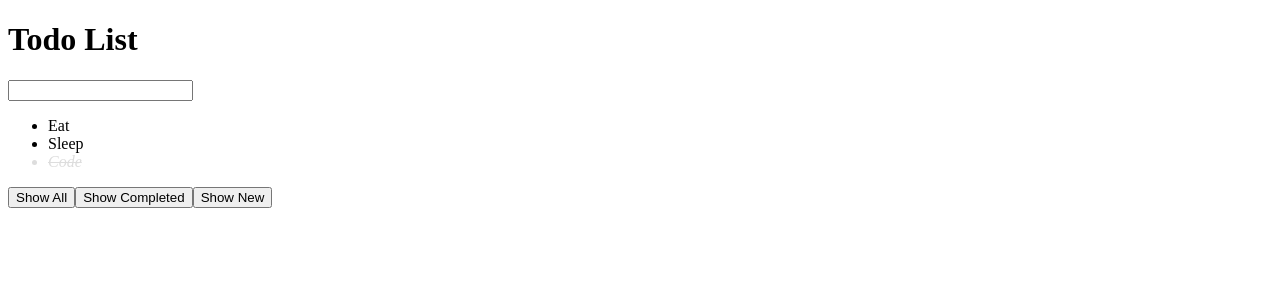
Repository: haiphamdev/shopping-cart
Page: /todos
The author's editor kept a copy of each file at every save. The page is drawn from the files as they stood at one save, then again after a run of saves.
The browser window is 1280 px wide. The pictures show the whole page.
The project was rebuilt for these pictures with package versions that can differ from the ones it lists, and the page was loaded fresh each time. Also part of the build but not shown: vite.config.js, src/index.css.

Above is the page before, as saved 2025-02-23 23:39:32.

After the next 2 saves:
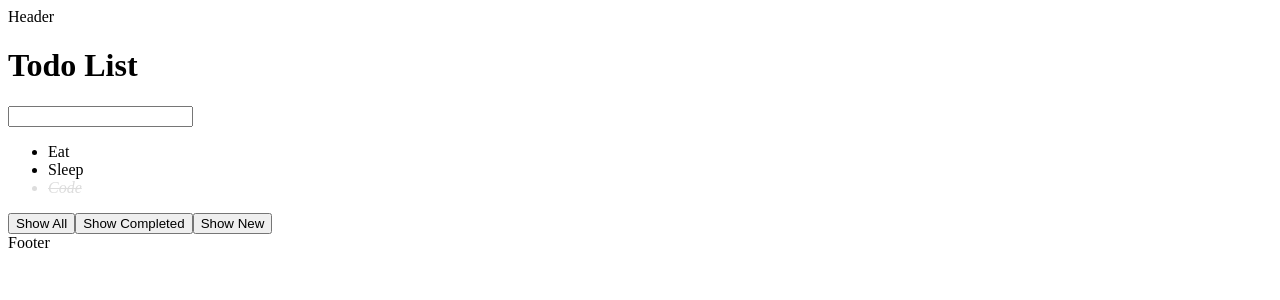
The 2 saves are shown as one change because they came seconds apart.
The last was saved 2 min 10 s later.
--- a/src/App.jsx
+++ b/src/App.jsx
@@ -4,8 +4,10 @@
 function App() {
   return (
     <>
+      Header
       <TodoFeature />
       {/* <AlbumFeature /> */}
+      Footer
     </>
   );
 }
